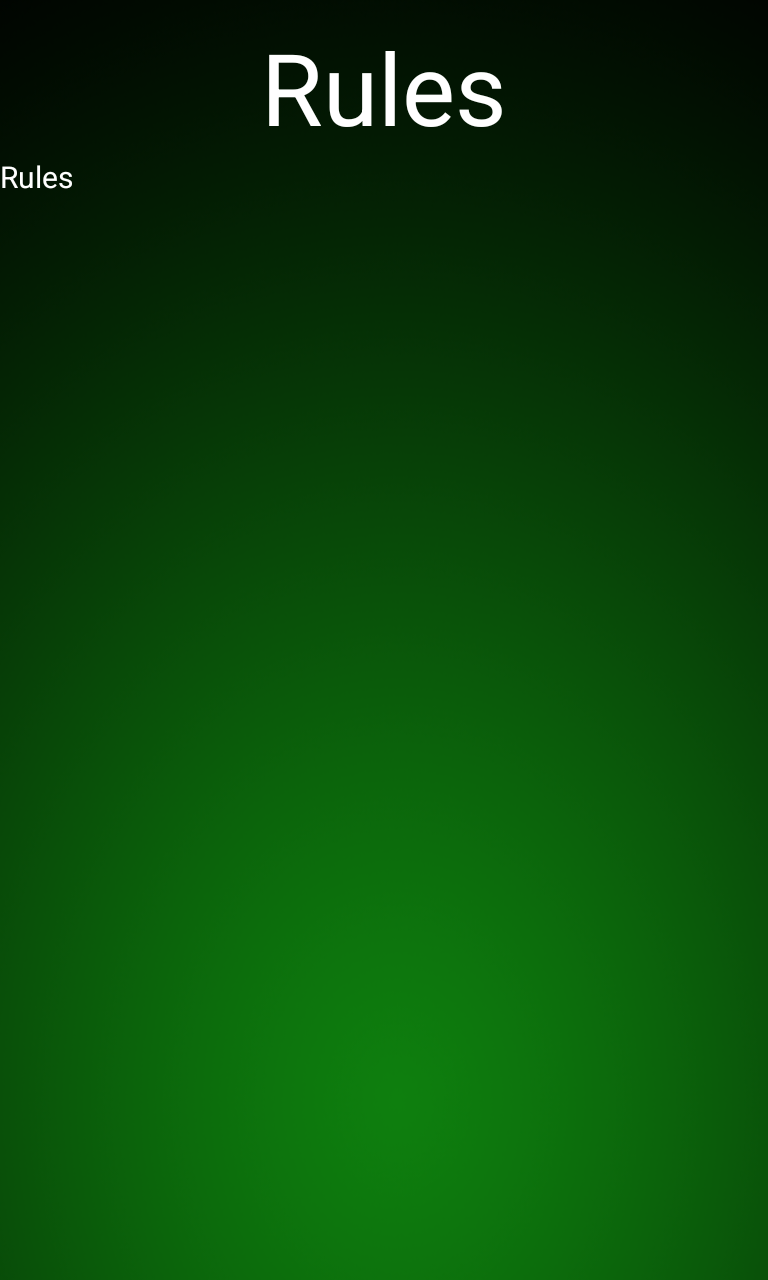
Repository: jwu14/AAProductions
Layout: EgyptianRatscrew/res/layout/activity_rules.xml
These files come from the project's save history. The layout is drawn as it stood at one moment and after the next save; the edit follows.
It is drawn on a 768 x 1280 px phone screen (xhdpi) without system bars, with theme AppTheme; the app's code is not run.

Above is the layout before, as saved 2013-03-06 21:16:29.

After the next save:
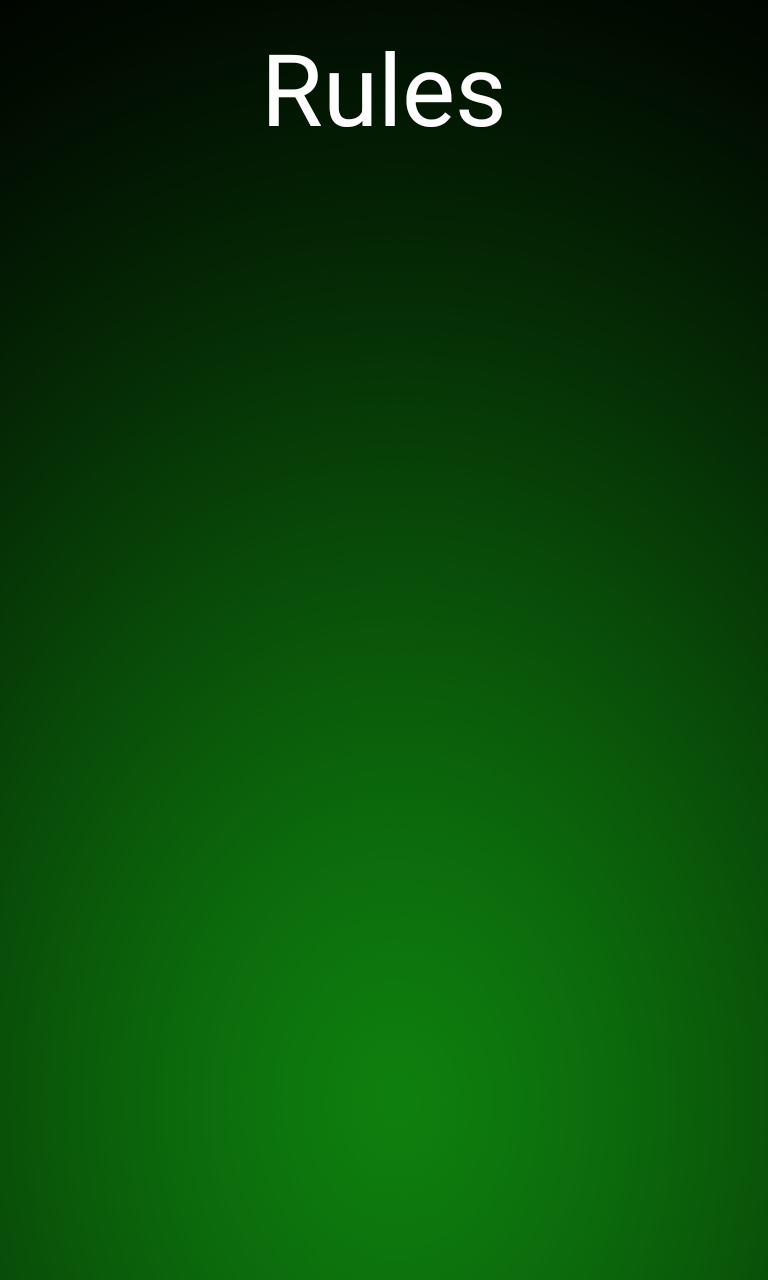
Saved 13 s later.
--- a/EgyptianRatscrew/res/layout/activity_rules.xml
+++ b/EgyptianRatscrew/res/layout/activity_rules.xml
@@ -25,7 +25,6 @@
         android:layout_height="0dip"
         android:layout_weight="0.23"
         android:clickable="false"
-        android:text="Rules"
         android:textColor="#FFFFFF"
         android:textSize="15sp" />
 
